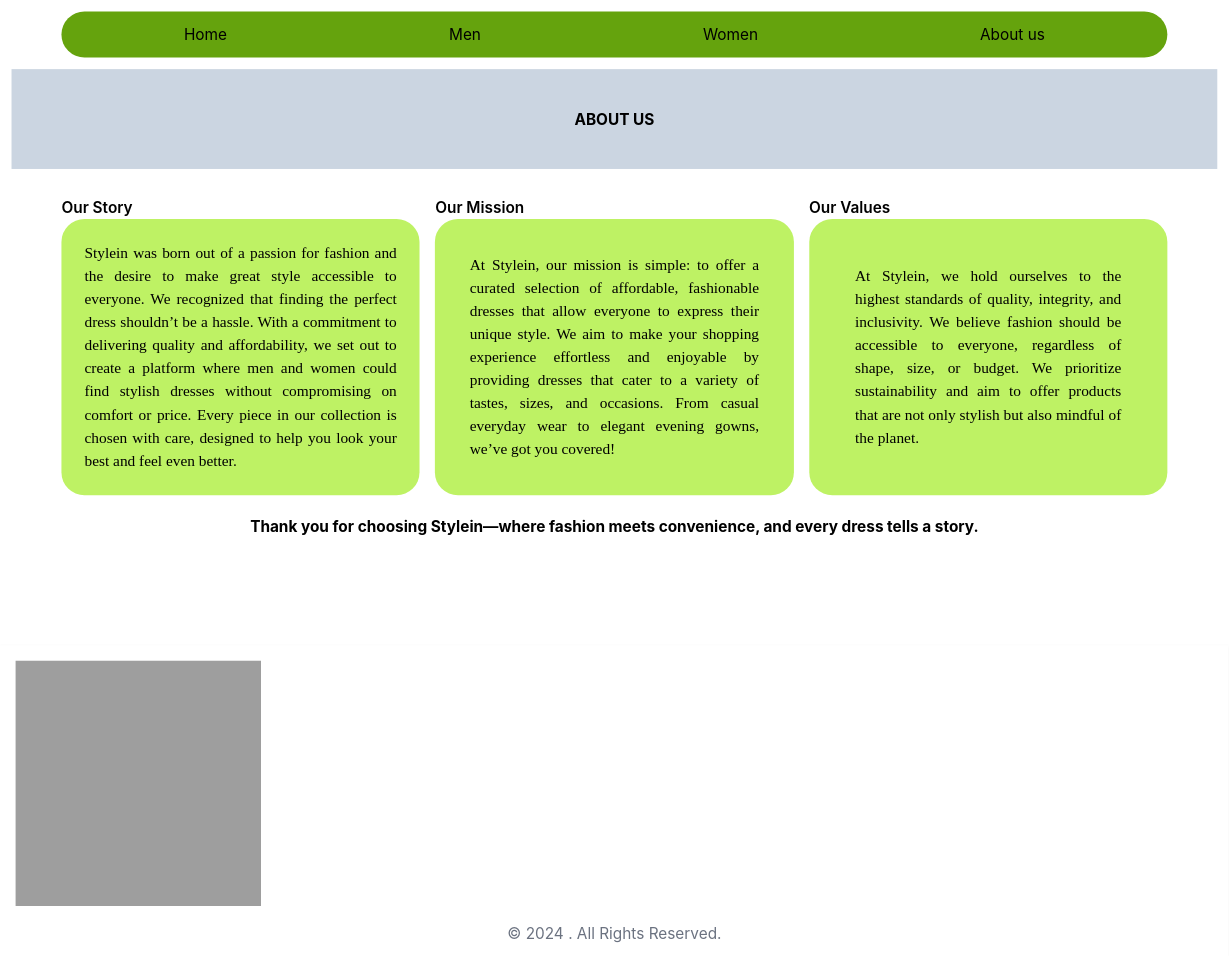
Repository: Mohankkanth/StyleIn_ShoppingSite
Page: /AboutUs
These files come from the project's save history. The page is drawn as it stood at one moment and after a run of saves; the edit follows.
The browser window is 1280 px wide. The pictures show the whole page, at 96% of full size.
Pictures or frames that could not be fetched are drawn as grey boxes. The project was rebuilt for these pictures with package versions that can differ from the ones it lists, and the page was loaded fresh each time. Also part of the build but not shown: vite.config.js, src/component/Home/Home.jsx, src/component/api/MenProducts.jsx, src/component/Men/Men.jsx, src/component/Women/Women.jsx, src/component/api/KidsProducts.jsx, src/component/Kids/Kids.jsx, src/component/Errorpage/Errorpage.jsx and 18 more.

Above is the page before, as saved 2024-11-23 14:05:14.

After the next 2 saves:
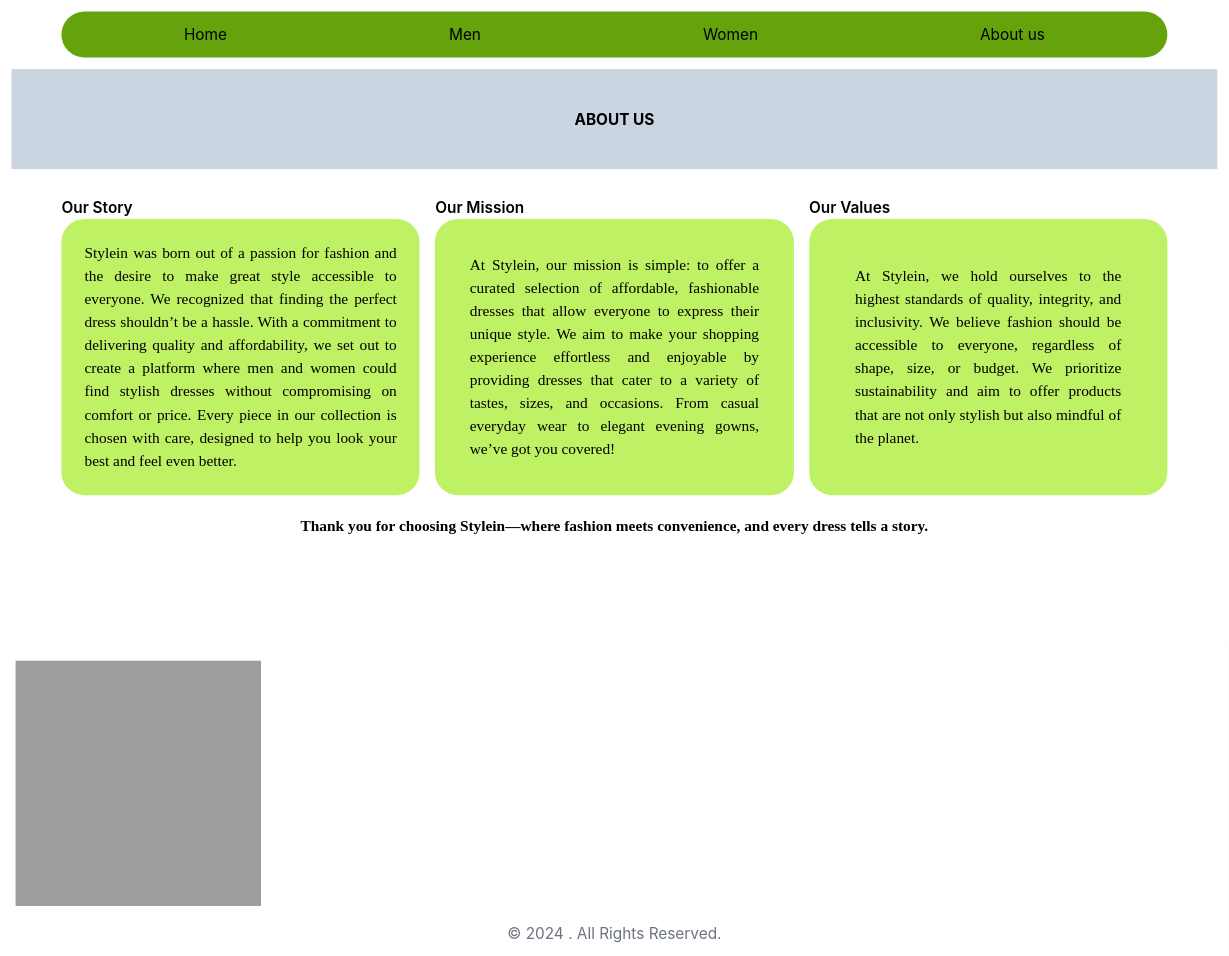
The 2 saves are shown as one change because they came seconds apart.
The last was saved 8 s later.
--- a/src/component/AboutUs/Aboutus.jsx
+++ b/src/component/AboutUs/Aboutus.jsx
@@ -26,7 +26,7 @@
                     </div>
                 </div>
 
-                <p className='font-bold text-center mt-5'>Thank you for choosing Stylein—where fashion meets convenience, and every dress tells a story.</p>
+                <p className='font-bold text-center mt-5 font-[Raleway]'>Thank you for choosing Stylein—where fashion meets convenience, and every dress tells a story.</p>
             </div>
 
         </>
